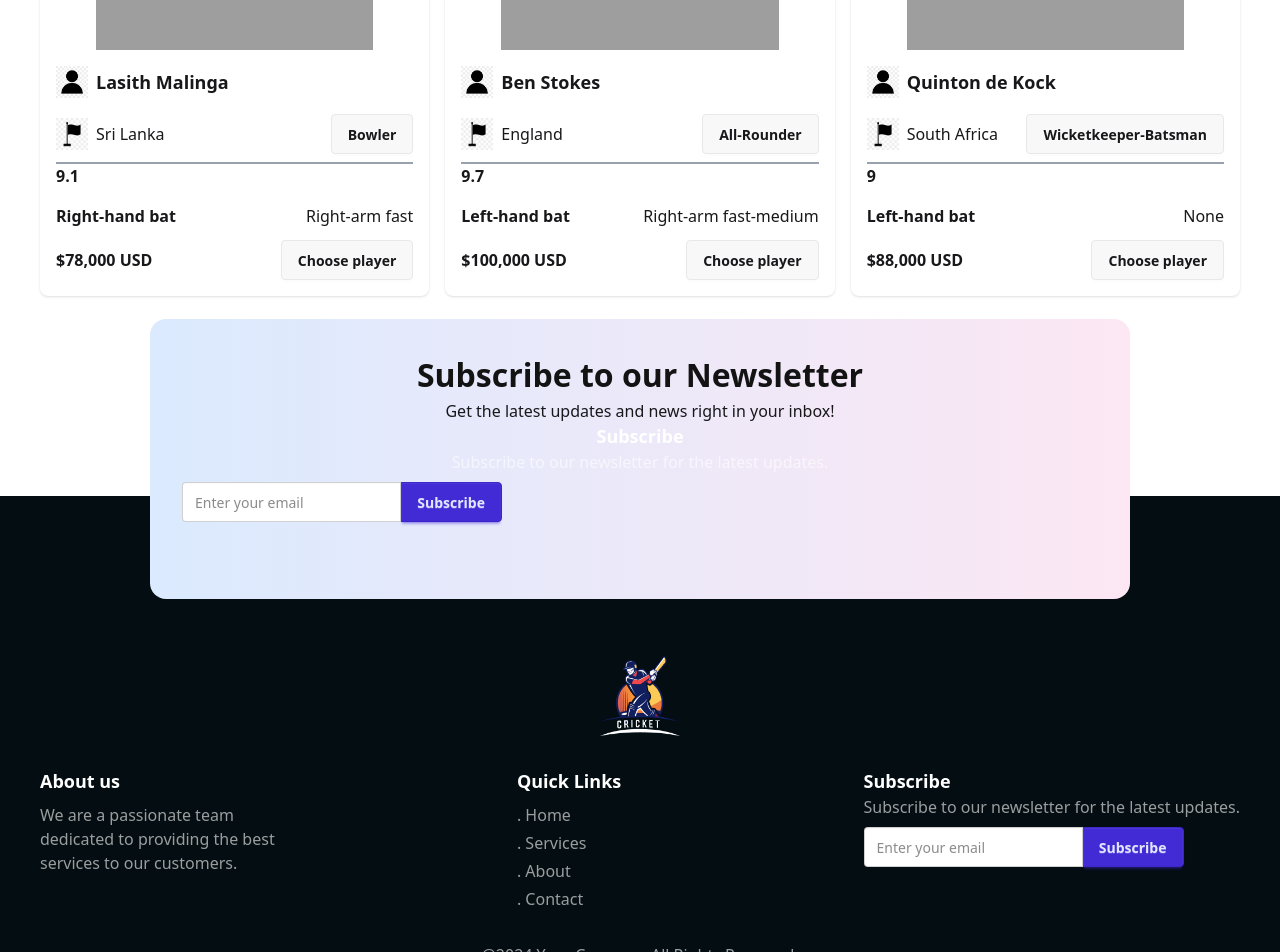
Repository: SanjidaSnigdha/Select-your-eleven
Page: /
These files come from the project's save history. The page is drawn as it stood at one moment and after the next save; the edit follows.
The browser window is 1280 px wide. The pictures show the part of the page from y = 2781 to 3733 px (the page is 3807 px tall).
Pictures or frames that could not be fetched are drawn as grey boxes. The project was rebuilt for these pictures with package versions that can differ from the ones it lists, and the page was loaded fresh each time. Also part of the build but not shown: vite.config.js, src/App.css, src/components/SelectedCard/SelectedCard.jsx, src/components/SelectedPlayers/SelectedPlayers.jsx.

Above is the page before, as saved 2026-03-23 01:51:38.

### index.html
<!doctype html>
<html lang="en" style="color-scheme: light;">
  <head>
    <meta charset="UTF-8" />
    <link rel="icon" type="image/svg+xml" href="/favicon.svg" />
    <meta name="viewport" content="width=device-width, initial-scale=1.0" />
    <title>select-your-eleven</title>
  </head>
  <body>
    <div id="root"></div>
    <script type="module" src="/src/main.jsx"></script>
  </body>
</html>

### src/index.css
 @import "tailwindcss";
 @plugin "daisyui" {
  themes: light --default, dark --prefersdark;
  themes: light --default;
 }

### src/App.jsx

import './App.css'
import { ToastContainer } from 'react-toastify';

import AvailablePlayers from './components/AvailablePlayers/AvailablePlayers'
import SelectedPlayers from './components/SelectedPlayers/SelectedPlayers'
import Navbar from './components/Navbar/Navbar'
import { Suspense, useState } from 'react'
import Banner from './components/Banner/Banner';
import Footer from './components/Footer/Footer';
import NewsLetter from './components/NewsLetter/NewsLetter';

const fetchPlayers = async () =>{
  const res = await fetch("/players.json")
  return res.json()
}
const playersPromise = fetchPlayers()


function App() {
  const [toggle,setToggle] = useState(true)
  const [availableBalance,setAvailableBalance] = useState(600000)
  const [purchasedPlayers,setPurchasedPlayers] = useState([])
  const removePlayer = (p) =>{
    const filteredData = purchasedPlayers.filter(ply=> ply.player_name!==p.player_name)
    console.log(filteredData)
    setPurchasedPlayers(filteredData)
    setAvailableBalance(availableBalance+parseInt(p.price.split("USD").join("").
                split(",").join("")))

  }

  return (
    <>
   <Navbar availableBalance={availableBalance}></Navbar>
   <Banner></Banner>
   <div className='max-w-[1200px] mx-auto flex justify-between items-center'>
    <h1 className='font-bold text-2xl'>{
    toggle===true?"Available players":`Selected players(${purchasedPlayers.length}/6)`}</h1>
    <div className='font-bold'>
      <button onClick={()=>setToggle(true)} className={`py-3 px-4 border-1 border-gray-400 rounded-l-2xl border-r-0 ${toggle===true?"bg-[#E7FE29]":""}`}>Available</button>
      <button onClick={()=>setToggle(false)} className={`py-3 px-4 border-1 border-gray-400 rounded-r-2xl border-l-0 ${toggle===false?"bg-[#E7FE29]":""}`}>Selected <span>({purchasedPlayers.length})</span></button>
    </div>

   </div>

     {
      toggle === true?<Suspense fallback={<span className="loading loading-spinner loading-xl"></span>
}>
    <AvailablePlayers purchasedPlayers={purchasedPlayers} setPurchasedPlayers={setPurchasedPlayers} availableBalance={availableBalance} setAvailableBalance={setAvailableBalance} playersPromise={playersPromise}></AvailablePlayers>
</Suspense>:<SelectedPlayers removePlayer={removePlayer} purchasedPlayers={purchasedPlayers} setToggle={setToggle}></SelectedPlayers>

     }



      <ToastContainer></ToastContainer>
      <NewsLetter></NewsLetter>
      <Footer></Footer>

    </>
  )
}

export default App

### src/components/AvailablePlayers/AvailablePlayers.jsx
import React, { use } from 'react';

import PlayerCard from '../PlayerCard/PlayerCard';

const AvailablePlayers = ({playersPromise,setAvailableBalance,availableBalance,purchasedPlayers,setPurchasedPlayers}) => {
    const playerData = use(playersPromise)
    return (
        <div className='max-w-[1200px] mx-auto grid grid-cols-1 md:grid-cols-3 gap-4'>

            {
              playerData.map(player=><PlayerCard setPurchasedPlayers={setPurchasedPlayers} purchasedPlayers={purchasedPlayers} availableBalance={availableBalance} setAvailableBalance={setAvailableBalance} player={player}></PlayerCard>


              )
            }

        </div>
    );
};

export default AvailablePlayers;

### src/components/Navbar/Navbar.jsx
import React from 'react';
import navImg from "../../assets/logo.png"
import dollarImg from "../../assets/dollar-1.png"

const Navbar = ({availableBalance}) => {
    return (

         <div className="navbar max-w-[1200px] mx-auto">
          <div className="flex-1">
            <a className="text-xl">
              <img className="w-60px h-50px mt-4" src={navImg} alt="" />
           </a>
          </div>
          <div className='flex justify-between items-center text-gray-500 w-60 h-20 font-semibold mr-30 gap-4'>
            <a>Home</a>
            <a>Fixture</a>
            <a>Teams</a>
            <a>Schedules</a>
          </div>
          <div className="flex items-center gap-1 ml-4">
          <span className='mr-1'>{availableBalance}</span>
          <span className='mr-1'>Coin</span>
          <img className="w-5 h-5" src={dollarImg} alt="" />
         </div>
       </div>
    );

};

export default Navbar;

### src/components/Banner/Banner.jsx
import React from 'react';
import bannerImg from '../../assets/banner-main.png'

const Banner = () => {
    return (
        <div className='max-w-[1200px] mx-auto h-[475px] bg-[#131313]/90 mt-8 mb-10 rounded-3xl relative'>
           <img src={bannerImg} alt="" className='w-2/12 mx-auto p-10'/>
           <div>
            <h1 className='font-bold w-[970px] h-[60px] text-[#FFFFFF] w-2/12 mx-auto text-center mt-2 text-xl'>Assemble Your Ultimate Dream 11 Cricket Team</h1>
            <p className='text-[#FFFFFF]/70 text-center'>Beyond Boundaries Beyond Limits</p>
            <button className='btn border-amber-400 p-1 flex mt-8 rounded-xl font-bold bg-[#E7FE29] w-2/12 mx-auto text-center items-center'>Claim Free Credit</button>
           </div>
        </div>

    );
};

export default Banner;

### src/components/Footer/Footer.jsx
import React from 'react';
import footerImg from "../../assets/logo-footer.png"

const Footer = () => {
    return (
        <footer className="bg-[#040D11] text-base-content p-10 mt-50 w-full h-[530px] relative">
            {/* Footer Image */}
            <div className='flex justify-center mt-30'>
            <img src={footerImg} alt="" className='w-20 h-20 mb-8'/>
            </div>
   <div className='flex flex-col md:flex-row justify-between gap-8'>
    <div>
    <h6 className="font-semibold text-[18px] text-[#FFFFFF]">About us</h6>
    <p className='mt-2 text-[#FFFFFF]/60'>We are a passionate team<br></br>dedicated to providing the best <br></br> services to our customers.</p>

  </div>
  <div className='text-[#FFFFFF]'>
    <h6 className="font-semibold text-[18px]">Quick Links</h6>
    <div className='flex flex-col mt-2 gap-1 text-[#FFFFFF]/60'>
    <a className="link link-hover">. Home</a>
    <a className="link link-hover">. Services</a>
    <a className="link link-hover">. About</a>
    <a className="link link-hover">. Contact</a>
    </div>
  </div>

  <form>
    <h6 className="text-[#FFFFFF] font-semibold text-[18px]">Subscribe</h6>
    <p className='text-[#FFFFFF]/60'>Subscribe to our newsletter for the latest updates.</p>
    <fieldset className="w-80">
      <div className="join mt-2">
        <input
          type="text"
          placeholder="Enter your email"
          className="input input-bordered join-item" />
        <button className="btn btn-primary join-item">Subscribe</button>
      </div>
    </fieldset>
  </form>

  </div>
  <div className='text-center'>
     <p className='text-[#FFFFFF]/60 mt-8'>@2024 Your Company All Rights Reserved.</p>
</div>
</footer>
    );
};

export default Footer;

### src/components/NewsLetter/NewsLetter.jsx
import React from 'react';

const NewsLetter = () => {
    return (
        <div className='w-[980px] h-[280px] rounded-2xl bg-gradient-to-r from-blue-100 via-white-100 to-pink-100 absolute -bottom-665 left-1/2 transform -translate-x-1/2 z-10 mt-8 text-center p-8'>
            <h1 className='font-bold text-[32px] text-[#131313]'>Subscribe to our Newsletter</h1>
            <p className='bg-[#131313]70'>Get the latest updates and news right in your inbox!</p>
             <form>
    <h6 className="text-[#FFFFFF] font-semibold text-[18px]">Subscribe</h6>
    <p className='text-[#FFFFFF]/60'>Subscribe to our newsletter for the latest updates.</p>
    <fieldset className="w-80">
      <div className="join mt-2">
        <input
          type="text"
          placeholder="Enter your email"
          className="input input-bordered join-item" />
        <button className="btn btn-primary join-item">Subscribe</button>
      </div>
    </fieldset>
  </form>

        </div>
    );
};

export default NewsLetter;

### src/components/PlayerCard/PlayerCard.jsx
import React, { useState } from 'react';
import userImg from "../../assets/man.png"
import flagImg from "../../assets/flag.jpg"
import { toast } from 'react-toastify';

const PlayerCard = ({player,setAvailableBalance,availableBalance,purchasedPlayers,setPurchasedPlayers}) => {
    const [isSelected,setIsSelected] = useState(false)

    const handleSelected = (playerData) =>{
        const playerPrice = parseInt(playerData.price.split("USD").join("").
                split(",").join(""))
                if(availableBalance<playerPrice){
                    toast("Not enough coins!!")
                    return
                }
                if(purchasedPlayers.length===6){
                    toast("6 players already selected")
                    return
                }

         setIsSelected(true)
                setAvailableBalance(availableBalance - playerPrice);
                setPurchasedPlayers([...purchasedPlayers,playerData])


    };
    return (
                        <div className="card bg-base-100 shadow-sm p-4">
         <figure className="px-10 pt-10">
           <img
             src={player.player_image}
             alt="Shoes"
             className='w-full h-[280px] object-cover'
              />
         </figure>
         <div className="mt-4">
           <div className='flex'>
               <img className='w-8 h-8' src={userImg} alt="" /><h2 className='card-title ml-2'>{player.player_name}</h2>
           </div>
           <div className='flex justify-between mt-4 border-b-2 border-gray-400 pb-2'>
       <div className='flex items-center'>
           <img className='w-8 h-8' src={flagImg} alt="" />
           <span className='ml-2'>{player.player_country}</span>
           </div>
           <button className='btn'>{player.playing_role}</button>
           </div>
       <div className='flex justify-between font-bold'>
           <span>{player.rating}</span>

       </div>
       <div className='flex justify-between mt-4'>
           <span className='font-bold'>{player.bating_style}</span>
           <span>{player.bowling_style}</span>
       </div>

           <div className="card-actions mt-3 flex justify-between items-center">
               <p className='font-bold'>${player.price}</p>
             <button disabled={isSelected} onClick={()=>{handleSelected(player)

             }} className="btn">{isSelected===true?"Selected":"Choose player"}</button>
           </div>
         </div>
       </div>
    );
};

export default PlayerCard;

### public/players.json
[
  {
    "player_image": "https://i.ibb.co.com/CKt7DdsZ/shakib-al-hasan-smiling-8olow941lckcha6b.jpg",
    "player_name": "Shakib Al Hasan",
    "player_country": "Bangladesh",
    "playing_role": "All-Rounder",
    "rating": 9.5,
    "bating_style": "Left-hand bat",
    "bowling_style": "Slow left-arm orthodox",
    "price": "75,000 USD"
  },
  {
    "player_image": "https://i.ibb.co.com/WWKnGkNs/Faf-du-Plessis.jpg",
    "player_name": "Faf du Plessis",
    "player_country": "South Africa",
    "playing_role": "Batsman",
    "rating": 9.0,
    "bating_style": "Right-hand bat",
    "bowling_style": "Right-arm medium",
    "price": "70,000 USD"
  },
  {
    "player_image": "https://i.ibb.co.com/XZxnnz3F/Rashid-Khan.jpg",
    "player_name": "Rashid Khan",
    "player_country": "Afghanistan",
    "playing_role": "Bowler",
    "rating": 9.8,
    "bating_style": "Right-hand bat",
    "bowling_style": "Right-arm leg spin",
    "price": "85,000 USD"
  },
  {
    "player_image": "https://i.ibb.co.com/4w5xgSNn/liton-das.jpg",
    "player_name": "Liton Das",
    "player_country": "Bangladesh",
    "playing_role": "Wicketkeeper-Batsman",
    "rating": 8.7,
    "bating_style": "Right-hand bat",
    "bowling_style": "None",
    "price": "60,000 USD"
  },
  {
    "player_image": "https://i.ibb.co.com/391gsfv8/Andre-Russell.jpg",
    "player_name": "Andre Russell",
    "player_country": "West Indies",
    "playing_role": "All-Rounder",
    "rating": 9.6,
    "bating_style": "Right-hand bat",
    "bowling_style": "Right-arm fast",
    "price": "90,000 USD"
  },
  {
    "player_image": "https://i.ibb.co.com/67D8FvCn/Mustafizur-Rahman.webp",
    "player_name": "Mustafizur Rahman",
    "player_country": "Bangladesh",
    "playing_role": "Bowler",
    "rating": 8.9,
    "bating_style": "Left-hand bat",
    "bowling_style": "Left-arm fast-medium",
    "price": "65,000 USD"
  },
  {
    "player_image": "https://i.ibb.co.com/h1wRWkVC/David-Warner.jpg",
    "player_name": "David Warner",
    "player_country": "Australia",
    "playing_role": "Batsman",
    "rating": 9.4,
    "bating_style": "Left-hand bat",
    "bowling_style": "Right-arm leg spin",
    "price": "95,000 USD"
  },
  {
    "player_image": "https://i.ibb.co.com/0VsmTGGY/Sunil-Narine.jpg",
    "player_name": "Sunil Narine",
    "player_country": "West Indies",
    "playing_role": "All-Rounder",
    "rating": 9.2,
    "bating_style": "Left-hand bat",
    "bowling_style": "Right-arm off spin",
    "price": "80,000 USD"
  },
  {
    "player_image": "https://i.ibb.co.com/HpkRbDz3/Babar.png",
    "player_name": "Babar Azam",
    "player_country": "Pakistan",
    "playing_role": "Batsman",
    "rating": 9.3,
    "bating_style": "Right-hand bat",
    "bowling_style": "None",
    "price": "92,000 USD"
  },
  {
    "player_image": "https://i.ibb.co.com/dsk08w2x/Lasith-Malinga1.jpg",
    "player_name": "Lasith Malinga",
    "player_country": "Sri Lanka",
    "playing_role": "Bowler",
    "rating": 9.1,
    "bating_style": "Right-hand bat",
    "bowling_style": "Right-arm fast",
    "price": "78,000 USD"
  },
  {
    "player_image": "https://i.ibb.co.com/s9vHr4tS/Ben-Stokes.png",
    "player_name": "Ben Stokes",
    "player_country": "England",
    "playing_role": "All-Rounder",
    "rating": 9.7,
    "bating_style": "Left-hand bat",
    "bowling_style": "Right-arm fast-medium",
    "price": "100,000 USD"
  },
  {
    "player_image": "https://i.ibb.co.com/gFhPmT1c/Quinton-de-Kock1.jpg",
    "player_name": "Quinton de Kock",
    "player_country": "South Africa",
    "playing_role": "Wicketkeeper-Batsman",
    "rating": 9.0,
    "bating_style": "Left-hand bat",
    "bowling_style": "None",
    "price": "88,000 USD"
  }
]

Loaded but not shown: src/main.jsx (common file)

After the next save:
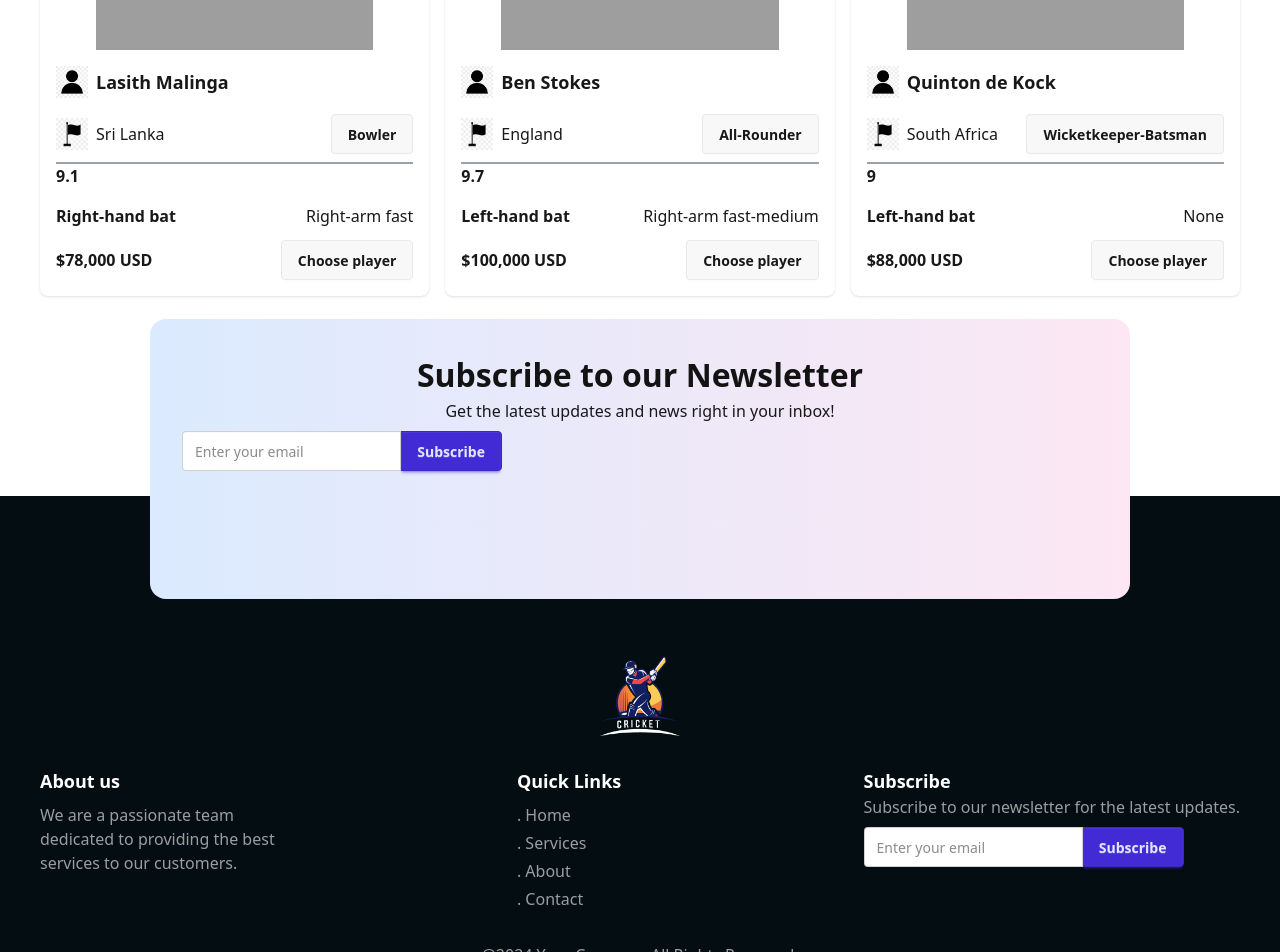
Saved 41 s later.
--- a/src/components/NewsLetter/NewsLetter.jsx
+++ b/src/components/NewsLetter/NewsLetter.jsx
@@ -6,8 +6,6 @@
             <h1 className='font-bold text-[32px] text-[#131313]'>Subscribe to our Newsletter</h1>
             <p className='bg-[#131313]70'>Get the latest updates and news right in your inbox!</p>
              <form>
-    <h6 className="text-[#FFFFFF] font-semibold text-[18px]">Subscribe</h6>
-    <p className='text-[#FFFFFF]/60'>Subscribe to our newsletter for the latest updates.</p>
     <fieldset className="w-80">
       <div className="join mt-2">
         <input
